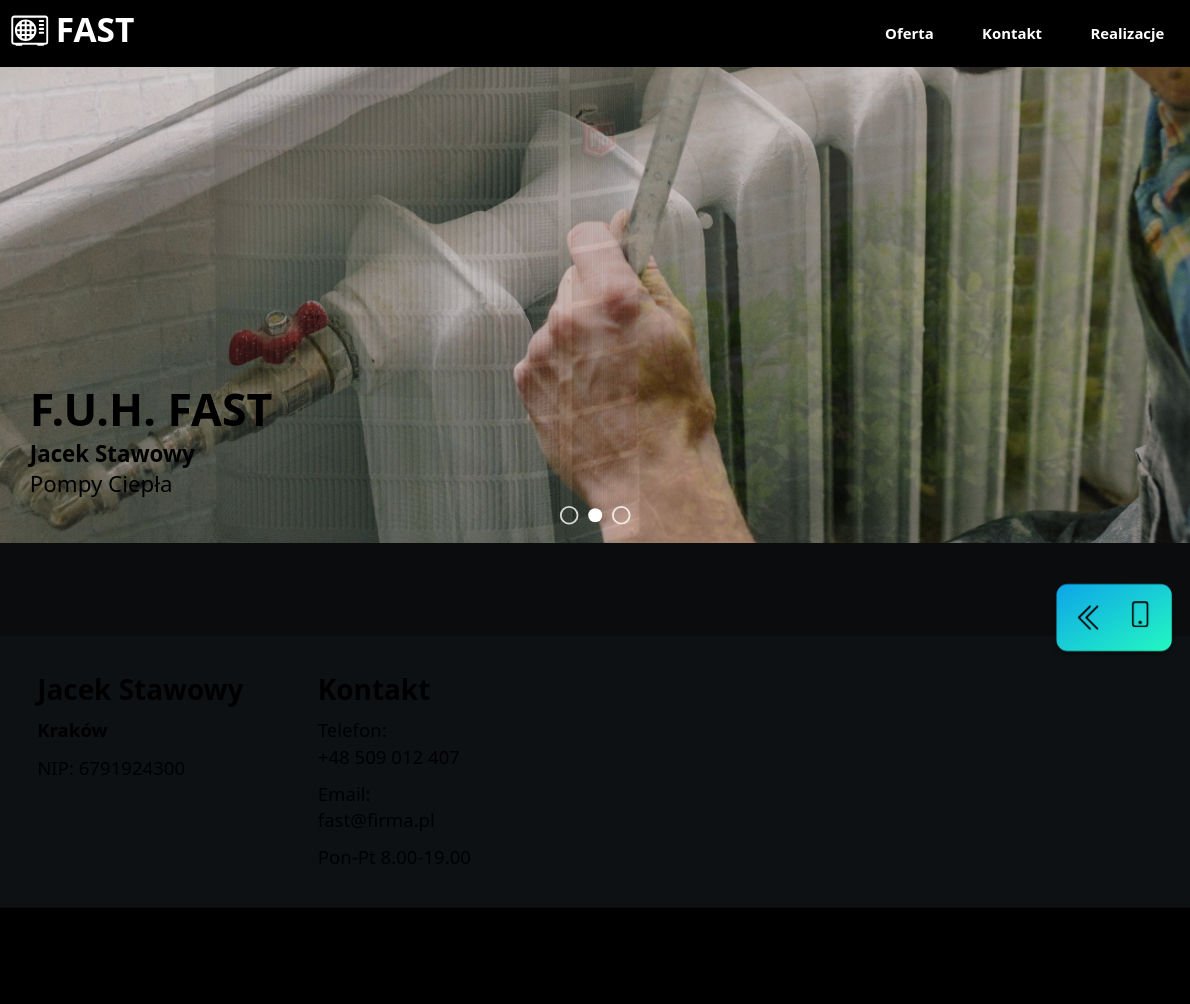
Repository: piotrokrutniak/Fast-CompanyWebsite
Page: /carousel
These files come from the project's save history. The page is drawn as it stood at one moment and after the next save; the edit follows.
The browser window is 1280 px wide. The pictures show the whole page, at 93% of full size.
The project was rebuilt for these pictures with package versions that can differ from the ones it lists, and the page was loaded fresh each time. The framework's server and built-in components were replaced by stand-ins that run in the browser. Also part of the build but not shown: next.config.js.

Above is the page before, as saved 2023-10-21 11:47:16.

After the next save:
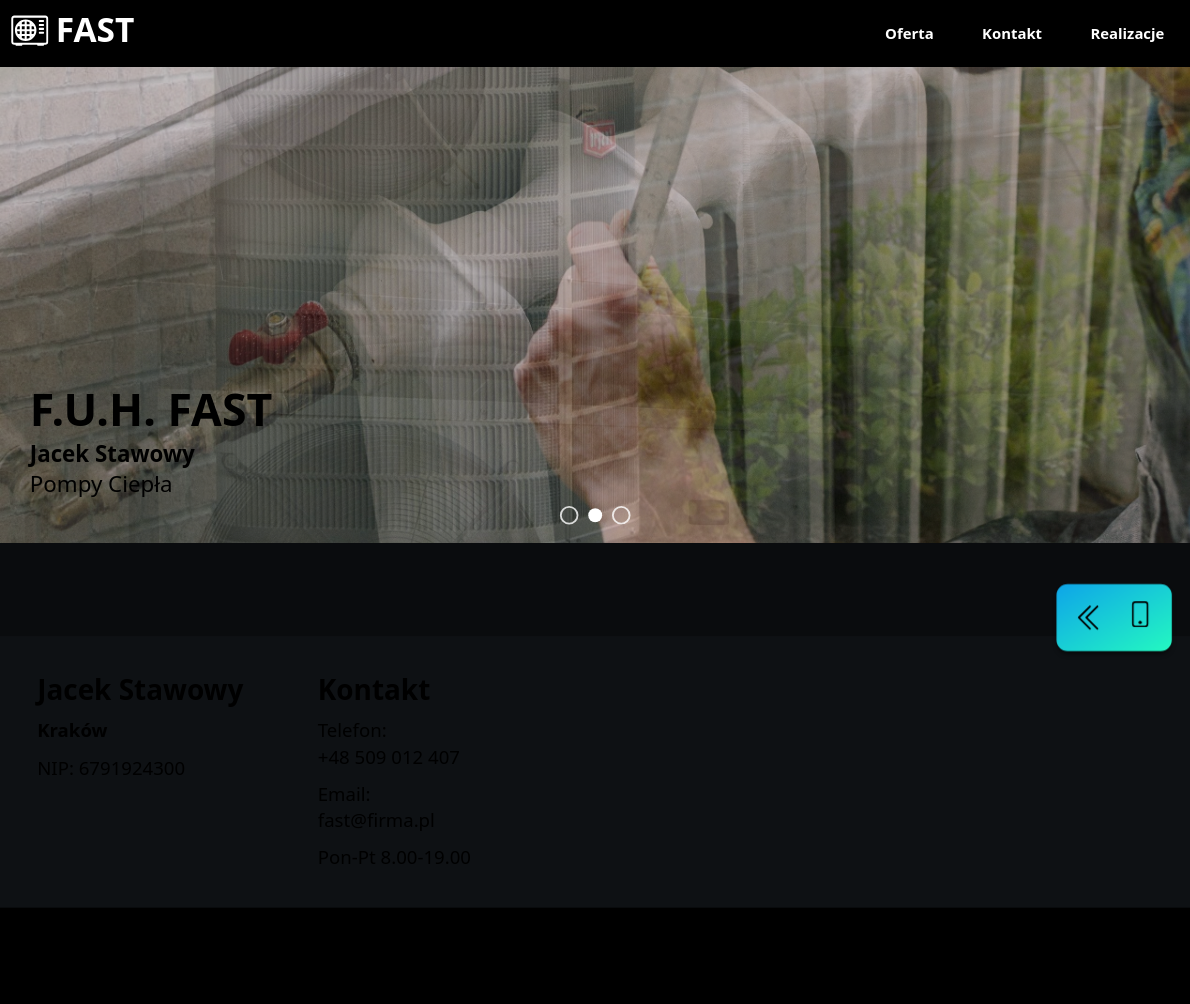
Saved 15 s later.
--- a/src/app/(pages)/carousel/page.js
+++ b/src/app/(pages)/carousel/page.js
@@ -89,7 +89,7 @@ export default function CarouselPage(){
 function CarouselPanel({image, index}){
     return (
         <div className={`w-full h-full absolute left-[${index * 100}%]`}>
-            <Image src={image} layout='fill' objectFit='cover' className="h-full opacity-80"/>
+            <Image src={image} layout='fill' objectFit='cover' className="h-full opacity-60"/>
         </div>
         )
 }
